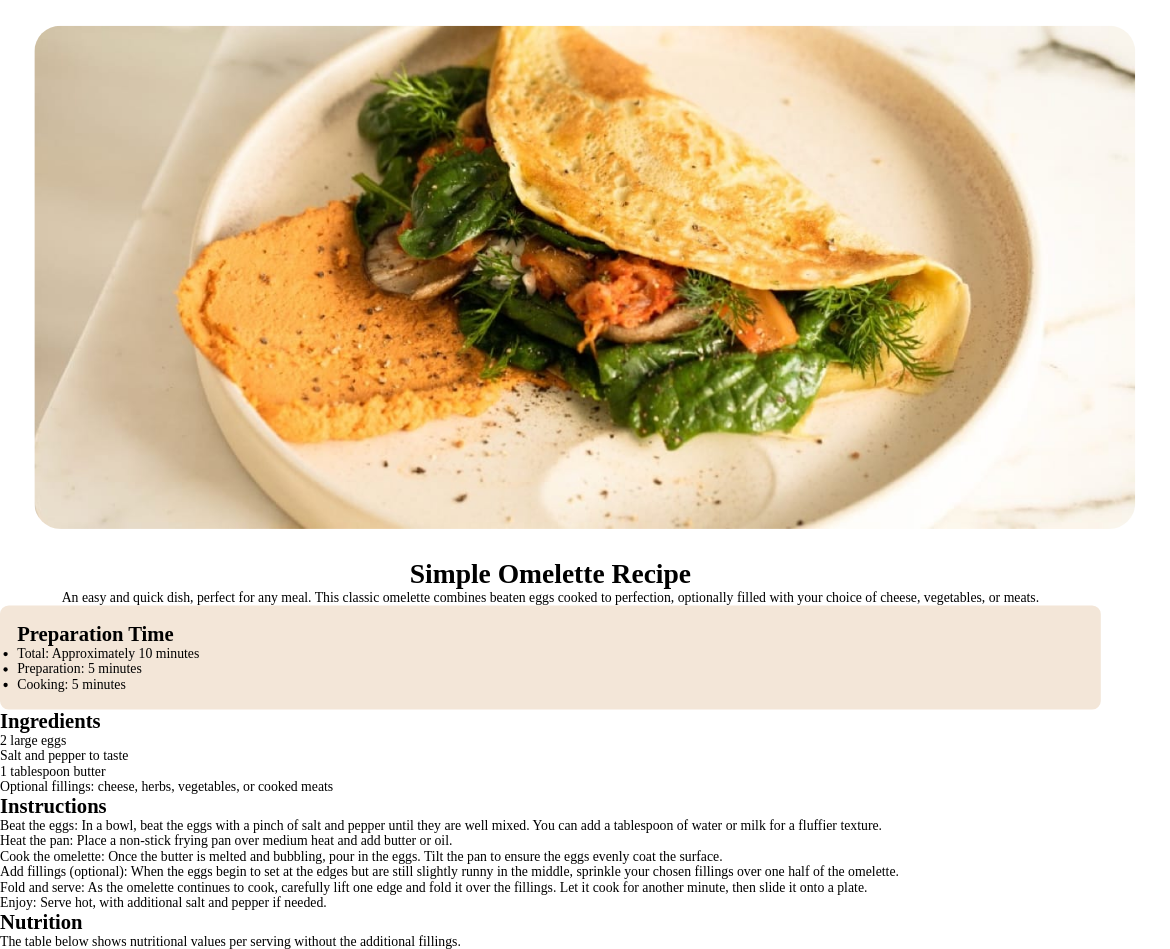
Repository: akbasliogulcan/omletterecipe
Page: index.html
An editor plug-in stored every save of this project. The page is shown before and after the next save, followed by the edit.
The browser window is 1280 px wide. The page is 1360 px wide, so the pictures cover 1360 px, including what lies to the right of the window. The pictures show the whole page, at 86% of full size.

Above is the page before, as saved 2025-07-20 17:38:24.

### index.html
<!DOCTYPE html>
<html lang="en">

<head>
  <meta charset="UTF-8">
  <meta name="viewport" content="width=device-width, initial-scale=1.0">
  <title>simple omelette recipe</title>
  <link rel="stylesheet" href="style.css">
</head>

<body>

  <div class="simple">
    <div class="add">
      <div class="omelette"> <img src="./assets/images/image-omelette.jpeg" alt="omlette-icon">
        <h1> Simple Omelette Recipe</h1>
        <p>An easy and quick dish, perfect for any meal. This classic omelette combines beaten eggs cooked
          to perfection, optionally filled with your choice of cheese, vegetables, or meats.
        </p>
      </div>

      <div class="preparation">
        <h2>Preparation Time</h2>
        <ul>
          <li> <span>Total: </span>Approximately 10 minutes
          </li>
          <li> <span>Preparation: </span>5 minutes</li>
          <li> <span>Cooking: </span>5 minutes</li>

        </ul>
      </div>

      <div class="ingredients">
        <h2>Ingredients</h2>
        <ul>
          <li>2 large eggs</li>
          <li>Salt and pepper to taste</li>
          <li>1 tablespoon butter</li>
          <li>Optional fillings: cheese, herbs, vegetables, or cooked meats</li>
        </ul>
      </div>
      <div class="seperation"></div>

      <div class="instructions">
        <h2>Instructions</h2>
        <ol>
          <li><span>Beat the eggs: </span>In a bowl, beat the eggs with a pinch of salt and pepper until they are well
            mixed.
            You can add a tablespoon of water or milk for a fluffier texture.</li>
          <li><span>Heat the pan: </span>Place a non-stick frying pan over medium heat and add butter or oil.
          </li>
          <li>
            <span>Cook the omelette: </span>Once the butter is melted and bubbling, pour in the eggs. Tilt the pan to
            ensure
            the eggs evenly coat the surface.
          </li>
          <li>
            <span></span>Add fillings (optional): </span>When the eggs begin to set at the edges but are still slightly
            runny in the
            middle, sprinkle your chosen fillings over one half of the omelette.
          </li>
          <li>
            <span> Fold and serve:</span>
            As the omelette continues to cook, carefully lift one edge and fold it over the
            fillings. Let it cook for another minute, then slide it onto a plate.
          </li>
          <li><span> Enjoy:</span> Serve hot, with additional salt and pepper if needed.
          </li>
        </ol>
      </div>
      <div class="seperation"></div>

      <div class="nutrition">
        <div>
          <h2>Nutrition</h2>
          <p> The table below shows nutritional values per serving without the additional fillings.
          </p>
        </div>
      </div>
    </div>
  </div>



</body>

</html>

### style.css
* {
  margin: 0;
  padding: 0;
  box-sizing: border-box;
}

.omelette img {
  max-width: 100%;
  height: auto;
  border-radius: 30px;
  margin: 30px 40px;
}
.omelette h1 {
  text-align: center;
}
.omelette p {
  text-align: center;
}

.preparation {
  background-color: hsl(30, 54%, 90%);
  padding: 20px;
  border-radius: 10px;
}

.simple {
  background-color: hsl(30, 54%, 90%);
}

.add {
  background-color: white;
  display: block;
}

After the next save:
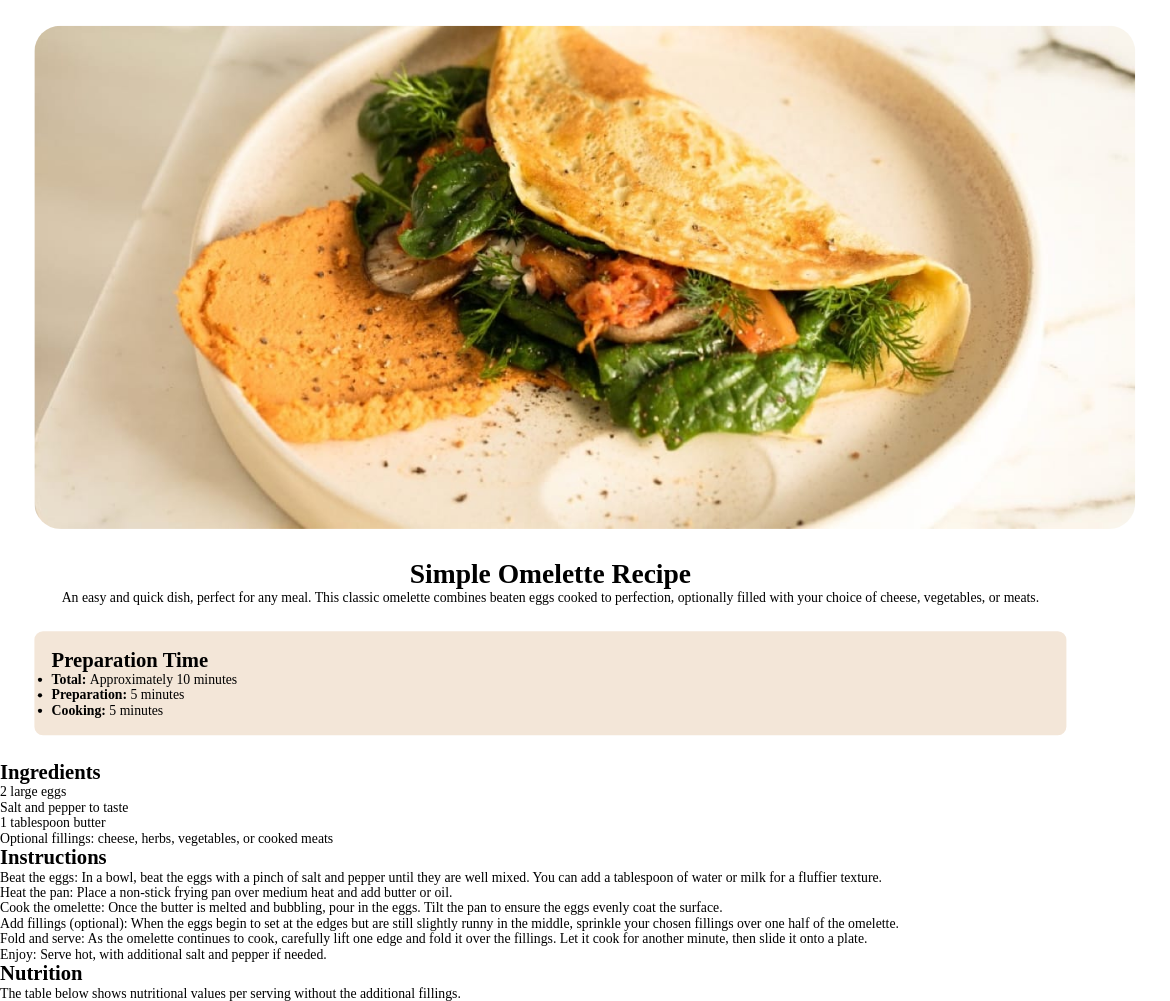
Saved 51 s later.
--- a/style.css
+++ b/style.css
@@ -21,6 +21,10 @@
   background-color: hsl(30, 54%, 90%);
   padding: 20px;
   border-radius: 10px;
+  margin: 30px 40px;
+}
+.preparation span {
+  font-weight: bold;
 }
 
 .simple {
